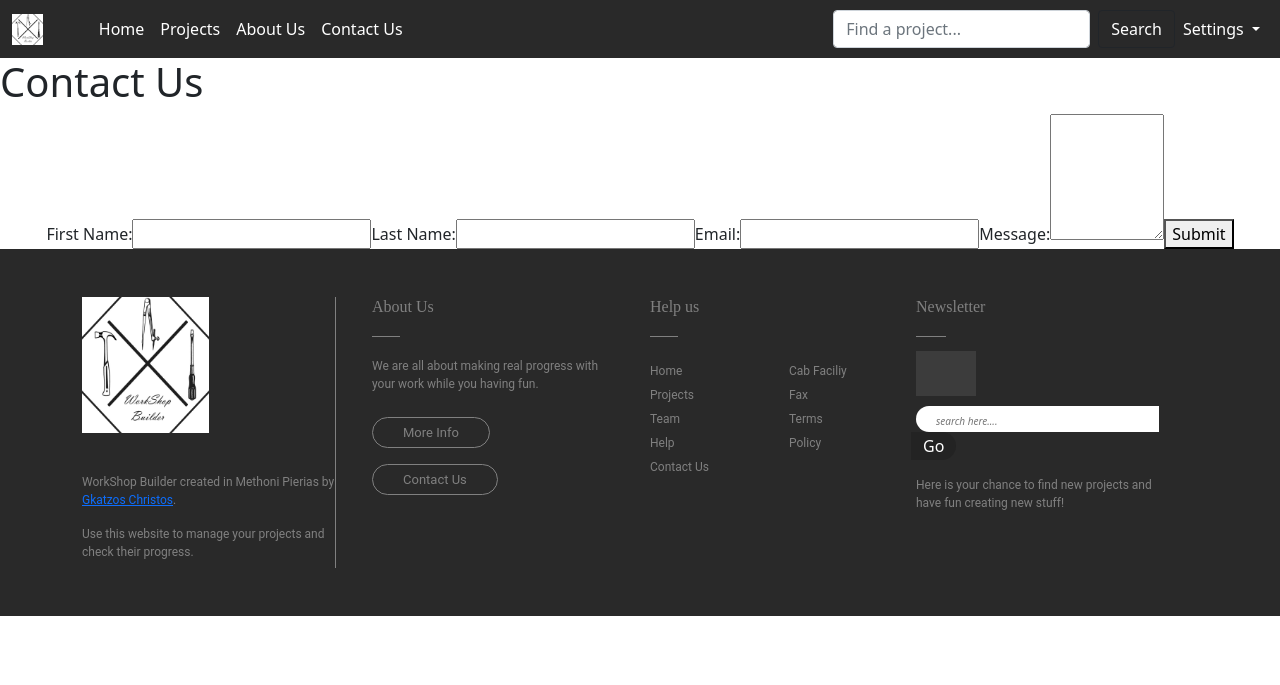
Repository: GkatzosChristos/workshop-builder-ui
Page: /contactUs (app in workshop-builder-ui/)
These files come from the project's save history. The page is drawn as it stood at one moment and after the next save; the edit follows.
The browser window is 1280 px wide. The pictures show the whole page.
The project was rebuilt for these pictures with package versions that can differ from the ones it lists, and the page was loaded fresh each time. Also part of the build but not shown: workshop-builder-ui/angular.json, workshop-builder-ui/src/app/about-us/about-us.component.ts, workshop-builder-ui/src/app/home/home.component.ts, workshop-builder-ui/src/app/project/project.component.ts.

Above is the page before, as saved 2021-08-27 18:21:43.

After the next save:
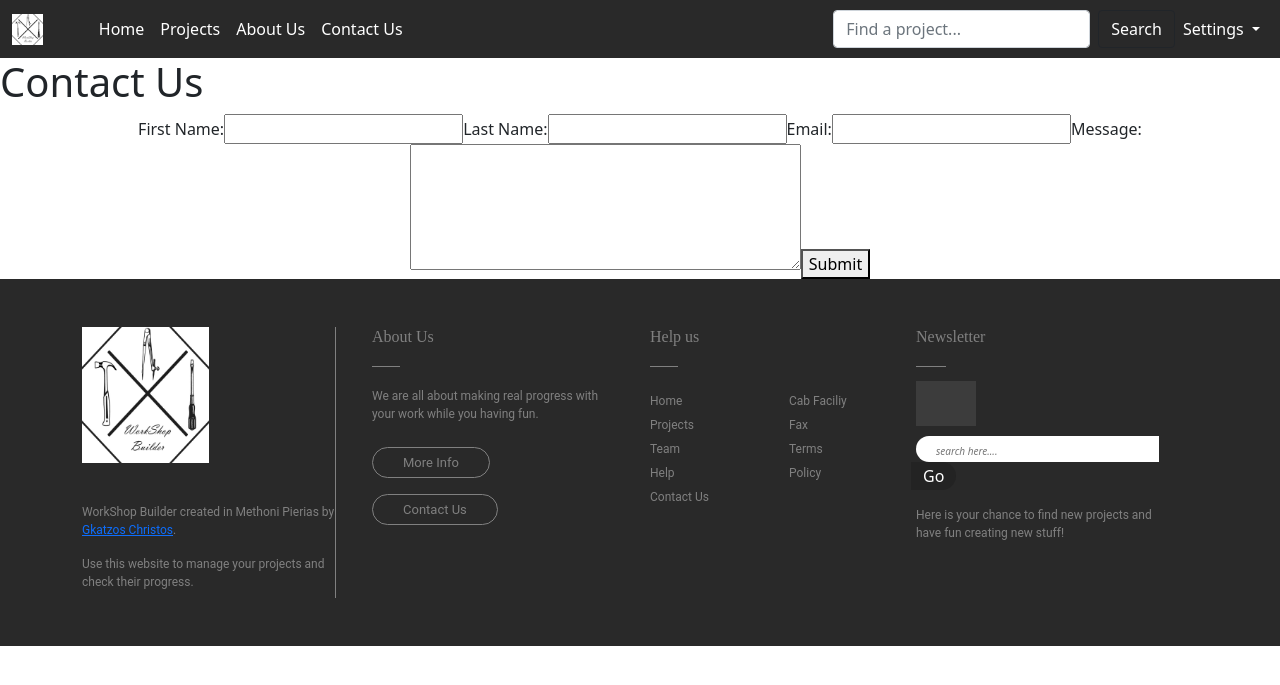
Saved 17 s later.
--- a/workshop-builder-ui/src/app/contact-us/contact-us.html
+++ b/workshop-builder-ui/src/app/contact-us/contact-us.html
@@ -9,7 +9,7 @@
       <label for="email">Email: </label>
       <input id="email" type="email" formControlName="email">
       <label for="message">Message: </label>
-      <textarea  id="message" rows="5" cols="10" formControlName="message"></textarea>
+      <textarea  id="message" rows="5" cols="40" formControlName="message"></textarea>
       <button type="btn btn-outline-dark text-white">Submit</button>
     </form>
   </section>
